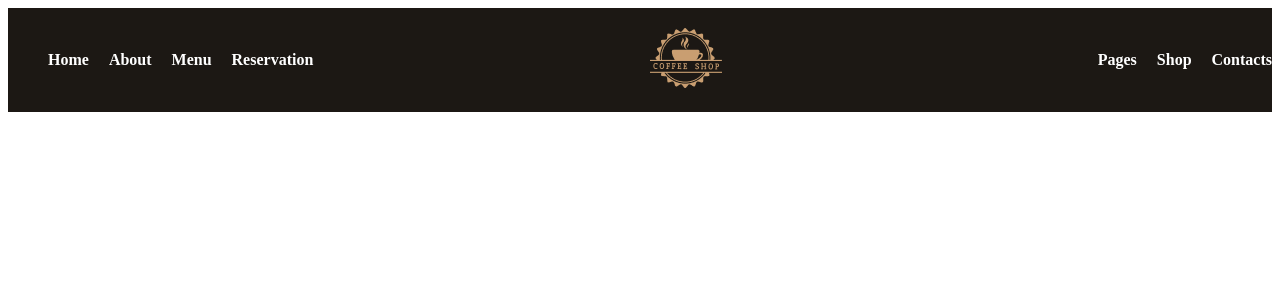
Repository: SitoraRashidova/CoffeShop_Figma
Page: /
The author's editor kept a copy of each file at every save. The page is drawn from the files as they stood at one save, then again after a run of saves.
The browser window is 1280 px wide. The pictures show the whole page.
The project was rebuilt for these pictures with package versions that can differ from the ones it lists, and the page was loaded fresh each time. Also part of the build but not shown: vite.config.js.

Above is the page before, as saved 2024-11-24 22:52:11.

### src/index.css
/* :root {
  font-family: Inter, system-ui, Avenir, Helvetica, Arial, sans-serif;
  line-height: 1.5;
  font-weight: 400;

  color-scheme: light dark;
  color: rgba(255, 255, 255, 0.87);
  background-color: #242424;

  font-synthesis: none;
  text-rendering: optimizeLegibility;
  -webkit-font-smoothing: antialiased;
  -moz-osx-font-smoothing: grayscale;
} */

*{
  box-sizing: border-box;
}

.container {
  width: 100%;
  max-width: 1296px;
  margin: 0 auto;
}

/* Header uchun style */

.header{
  background-color: #1C1814;
  padding: 20px 0;
}

.header-wrapper{
  display: flex;
  align-items: center;
  justify-content: space-between;
}

.nav-list{
  display: flex;
  align-items: center;
  justify-content: space-between;
  gap: 20px;
}

.nav-list__item{
  list-style: none;
}

.nav-list__item-link{
  color: white;
  text-decoration: none;
  font-weight: 600;
}

### src/App.jsx
import './App.css'
import Header from './components/header'
import Hero from './components/hero'

function App() {

  return (
    <>
     <Header />
     <Hero />
    </>
  )
}

export default App

### src/App.css
*{
  box-sizing: border-box;
}

/* Header uchun style */

.container {
  width: 100%;
  max-width: 1296px;
  margin: 0 auto;
}

### src/components/header.jsx
import Logo from "../assets/Logo.png";

const Header = () => {
  return (
    <header className="header">
      <div className="container">
        <div className="header-wrapper">
          <nav>
            <ul className="nav-list">
              <li className="nav-list__item">
                <a className="nav-list__item-link" href="/home">
                  Home
                </a>
              </li>
              <li className="nav-list__item">
                <a className="nav-list__item-link" href="/about">
                  About
                </a>
              </li>
              <li className="nav-list__item">
                <a className="nav-list__item-link" href="/menu">
                  Menu
                </a>
              </li>
              <li className="nav-list__item">
                <a className="nav-list__item-link" href="/Reservation">
                  Reservation
                </a>
              </li>
            </ul>
          </nav>
          <div>
            <img src={Logo} alt="web site logo" />
          </div>
          <nav>
            <ul className="nav-list">
              <li className="nav-list__item">
                <a className="nav-list__item-link" href="/home">
                  Pages
                </a>
              </li>
              <li className="nav-list__item">
                <a className="nav-list__item-link" href="/about">
                  Shop
                </a>
              </li>
              <li className="nav-list__item">
                <a className="nav-list__item-link" href="/menu">
                  Contacts
                </a>
              </li>
            </ul>
          </nav>
        </div>
      </div>
    </header>
  );
};

export default Header;

### src/components/hero.jsx


const Hero = () => {
  return (
    <div className="container">

    </div>
  )
}

export default Hero

Loaded but not shown: index.html (common file); src/main.jsx (common file)

After the next 2 saves:
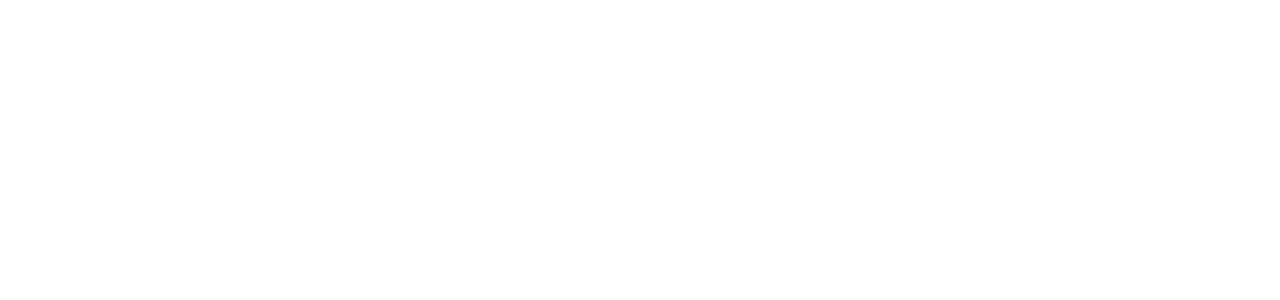
Console error: ReferenceError: hero is not defined
The 2 saves are shown as one change because they came seconds apart.
The last was saved 11 s later.
--- a/src/components/hero.jsx
+++ b/src/components/hero.jsx
@@ -2,9 +2,7 @@
 
 const Hero = () => {
   return (
-    <div className="container">
-
-    </div>
+    hero
   )
 }
 

After the save that followed:
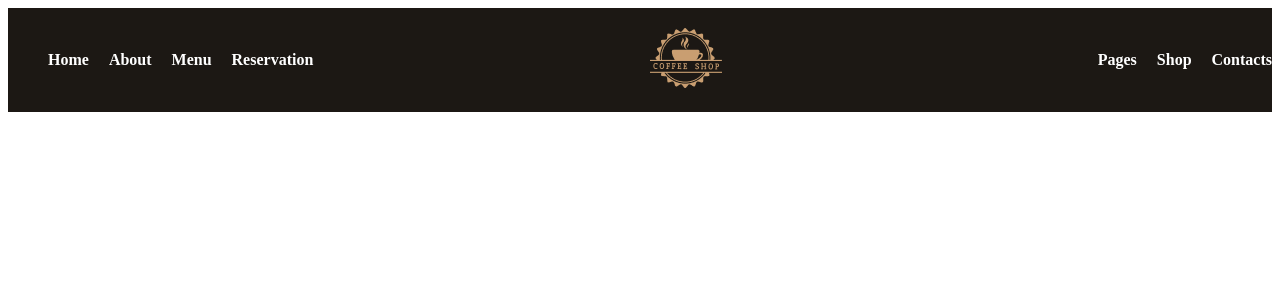
The error is gone.
Saved 4 s later.
--- a/src/components/hero.jsx
+++ b/src/components/hero.jsx
@@ -2,7 +2,7 @@
 
 const Hero = () => {
   return (
-    hero
+    Hero
   )
 }
 
